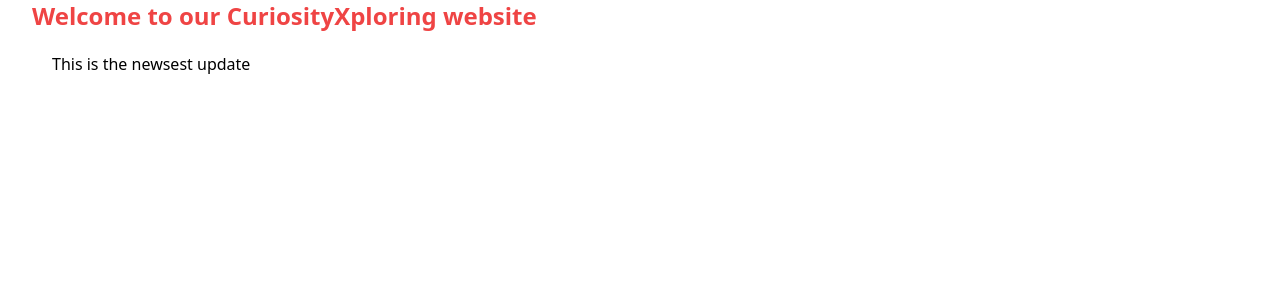
Repository: emorilebo/curiosityxploring-site
Page: /
An editor plug-in stored every save of this project. The page is shown before and after the next save, followed by the edit.
The browser window is 1280 px wide. The pictures show the whole page.
The project was rebuilt for these pictures with package versions that can differ from the ones it lists, and the page was loaded fresh each time. The framework's server and built-in components were replaced by stand-ins that run in the browser. Also part of the build but not shown: next.config.js.

Above is the page before, as saved 2022-12-11 14:17:49.

### pages/index.js
import Head from "next/head";
import Image from "next/image";
import styles from "../styles/Home.module.css";

export default function Home() {
  return (
    <div className={styles.container}>
      <Head>
        <title>
          Curiosityxploring - Amazing global community of worldbest developer
        </title>
        <meta name="description" content="Generated by create next app" />
        <link rel="icon" href="/favicon.ico" />
      </Head>
      <h1 className="text-red-500 font-bold text-2xl">Welcome to our CuriosityXploring website</h1>
      <p className="p-5">This is the newsest update</p>
    </div>
  );
}

### tailwind.config.js
/** @type {import('tailwindcss').Config} */
module.exports = {
  purge: ["./pages/**/*.{js,ts,jsx,tsx}", "./components/**/*.{js,ts,jsx,tsx}"],
  darkMode: false, // or 'media' or 'class'
  theme: {
    extend: {},
  },
  variants: {
    extend: {},
  },
  plugins: [],
};

Loaded but not shown: pages/_app.js (common file); styles/globals.css (common file); styles/Home.module.css (common file)

After the next save:
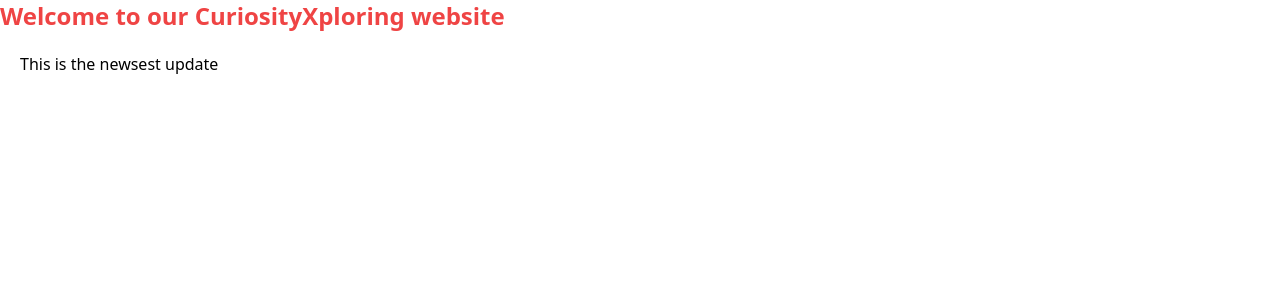
Saved 28 min 3 s later.
--- a/pages/index.js
+++ b/pages/index.js
@@ -4,7 +4,7 @@
 
 export default function Home() {
   return (
-    <div className={styles.container}>
+    <div >
       <Head>
         <title>
           Curiosityxploring - Amazing global community of worldbest developer
